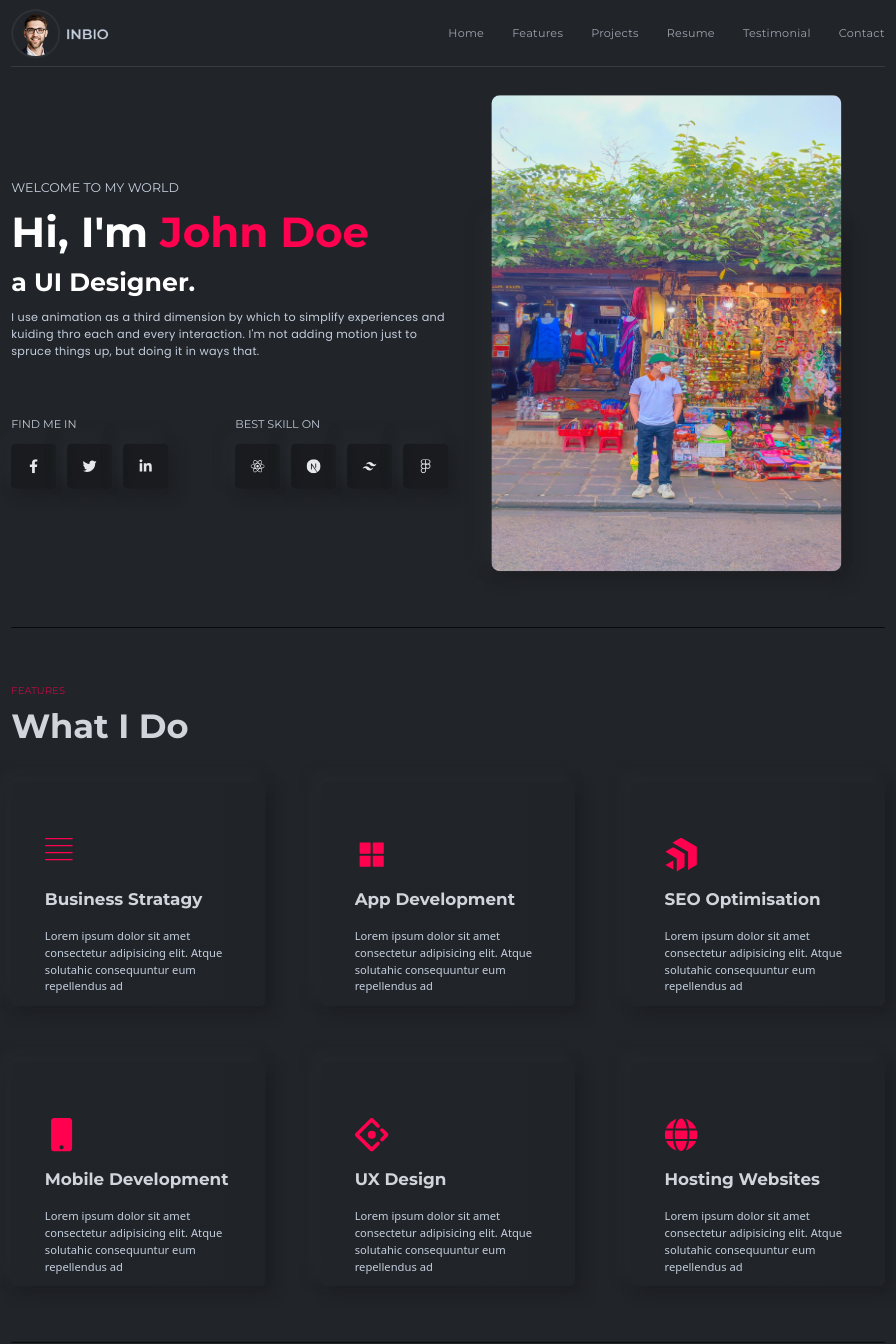
Repository: vophuocthanh/react-profile
Page: /
An editor plug-in stored every save of this project. The page is shown before and after the next save, followed by the edit.
The browser window is 1280 px wide. The pictures show the part of the page from y = 0 to 1920 px (the page is 7251 px tall), at 70% of full size.
The project was rebuilt for these pictures with package versions that can differ from the ones it lists, and the page was loaded fresh each time. Also part of the build but not shown: src/components/resume/Skills.js, src/components/resume/Achievement.js, src/components/resume/Experience.js.

Above is the page before, as saved 2023-05-04 15:37:22.

### src/components/projects/Projects.js
import React from 'react'
import Title from '../layouts/Title'
import { projectOne, projectTwo, projectThree } from "../../assets/index";
import ProjectsCard from './ProjectsCard';

const Projects = () => {
  return (
    <section
      id="projects"
      className="w-full py-20 border-b-[1px] border-b-black"
    >
      <div className="flex justify-center items-center text-center">
        <Title
          title="VISIT MY PORTFOLIO AND KEEP YOUR FEEDBACK"
          des="My Projects"
        />
      </div>
      <div className="grid grid-cols-1 md:grid-cols-2 xl:grid-cols-3 gap-6 xl:gap-14">
        <ProjectsCard
          title="SOCIAL MEDIA CLONE"
          des=" Lorem, ipsum dolor sit amet consectetur adipisicing elit.
              Explicabo quibusdam voluptate sapiente voluptatibus harum quidem!"
          src={projectOne}
        />
        <ProjectsCard
          title="E-commerce Website"
          des=" Lorem, ipsum dolor sit amet consectetur adipisicing elit.
              Explicabo quibusdam voluptate sapiente voluptatibus harum quidem!"
          src={projectTwo}
        />
        <ProjectsCard
          title="Chatting App"
          des=" Lorem, ipsum dolor sit amet consectetur adipisicing elit.
              Explicabo quibusdam voluptate sapiente voluptatibus harum quidem!"
          src={projectThree}
        />
        <ProjectsCard
          title="SOCIAL MEDIA CLONE"
          des=" Lorem, ipsum dolor sit amet consectetur adipisicing elit.
              Explicabo quibusdam voluptate sapiente voluptatibus harum quidem!"
          src={projectThree}
        />
        <ProjectsCard
          title="E-commerce Website"
          des=" Lorem, ipsum dolor sit amet consectetur adipisicing elit.
              Explicabo quibusdam voluptate sapiente voluptatibus harum quidem!"
          src={projectOne}
        />
        <ProjectsCard
          title="Chatting App"
          des=" Lorem, ipsum dolor sit amet consectetur adipisicing elit.
              Explicabo quibusdam voluptate sapiente voluptatibus harum quidem!"
          src={projectTwo}
        />
      </div>
    </section>
  );
}

export default Projects

### src/components/resume/Resume.js
import React, { useState } from "react";
import Title from "../layouts/Title";
import Education from "./Education";
import Skills from "./Skills";
import Achievement from "./Achievement";
import Experience from "./Experience";

const Resume = () => {
  const [educationData, setEducationData] = useState(true);
  const [skillData, setSkillData] = useState(false);
  const [experienceData, setExperienceData] = useState(false);
  const [achievementData, setAchievementData] = useState(false);
  return (
    <section id="resume" className="w-full py-20 border-b-[1px] border-b-black">
      <div className="flex justify-center items-center text-center">
        <Title title="7+ YEARS OF EXPERIENCE" des="My Resume" />
      </div>
      <div>
        <ul className="w-full grid grid-cols-1 md:grid-cols-2 xl:grid-cols-4">
          <li
            onClick={() =>
              setEducationData(true) &
              setSkillData(false) &
              setExperienceData(false) &
              setAchievementData(false)
            }
            className={`${
              educationData
                ? "border-designColor rounded-lg"
                : "border-transparent"
            } resumeLi`}
          >
            Education
          </li>
          <li
            onClick={() =>
              setEducationData(false) &
              setSkillData(true) &
              setExperienceData(false) &
              setAchievementData(false)
            }
            className={`${
              skillData ? "border-designColor rounded-lg" : "border-transparent"
            } resumeLi`}
          >
            Professional Skills
          </li>
          <li
            onClick={() =>
              setEducationData(false) &
              setSkillData(false) &
              setExperienceData(true) &
              setAchievementData(false)
            }
            className={`${
              experienceData
                ? "border-designColor rounded-lg"
                : "border-transparent"
            } resumeLi`}
          >
            Experience
          </li>
          <li
            onClick={() =>
              setEducationData(false) &
              setSkillData(false) &
              setExperienceData(false) &
              setAchievementData(true)
            }
            className={`${
              achievementData
                ? "border-designColor rounded-lg"
                : "border-transparent"
            } resumeLi`}
          >
            Achievements
          </li>
        </ul>
      </div>
      {educationData && <Education />}
      {skillData && <Skills />}
      {achievementData && <Achievement />}
      {experienceData && <Experience />}
    </section>
  );
};

export default Resume;

### src/components/banner/LeftBanner.js
import React from 'react'
import { useTypewriter, Cursor } from "react-simple-typewriter";
import Media from './Media';

const LeftBanner = () => {
    const [text] = useTypewriter({
      words: ["Professional Coder.", "Full Stack Developer.", "UI Designer."],
      loop: true,
      typeSpeed: 20,
      deleteSpeed: 10,
      delaySpeed: 2000,
    });
  return (
    <div className="w-full lgl:w-1/2 flex flex-col gap-20">
      <div className="flex flex-col gap-5">
        <h4 className=" text-lg font-normal">WELCOME TO MY WORLD</h4>
        <h1 className="text-6xl font-bold text-white">
          Hi, I'm <span className="text-designColor capitalize">John doe</span>
        </h1>
        <h2 className="text-4xl font-bold text-white">
          a <span>{text}</span>
          <Cursor
            cursorBlinking="false"
            cursorStyle="|"
            cursorColor="#ff014f"
          />
        </h2>
        <p className="text-base font-bodyFont leading-6 tracking-wide">
          I use animation as a third dimension by which to simplify experiences
          and kuiding thro each and every interaction. I'm not adding motion
          just to spruce things up, but doing it in ways that.
        </p>
      </div>
     {/* Media */}
     <Media />
    </div>
  );
}

export default LeftBanner

### src/components/banner/RightBanner.js
import React from "react";
import { avatar } from "../../assets";
// import { bannerImg } from "../../assets/index";

const RightBanner = () => {
  return (
    <div className="w-full lgl:w-1/2 flex justify-center items-center relative">
      <img
        className="w-[300px] h-[400px] lgl:w-[500px] lgl:h-[680px] z-10 rounded-xl"
        src={avatar}
        alt="bannerImg"
      />
      <div className="absolute bottom-0 w-[350px] h-[300px] lgl:w-[500px] lgl:h-[500px] bg-gradient-to-r from-[#1e2024] to-[#202327] shadow-shadowOne flex justify-center items-center"></div>
    </div>
  );
};

export default RightBanner;

### src/components/contact/ContactLeft.js
import React from 'react'
import { FaFacebookF, FaTwitter, FaLinkedinIn } from "react-icons/fa";
import { contactImg } from "../../assets/index";

const ContactLeft = () => {
  return (
    <div className="w-full lgl:w-[35%] h-full bg-gradient-to-r from-[#1e2024] to-[#23272b] p-4 lgl:p-8 rounded-lg shadow-shadowOne flex flex-col gap-8 justify-center">
      <img
        className="w-full h-64 object-cover rounded-lg mb-2"
        src={contactImg}
        alt="contactImg"
      />
      <div className="flex flex-col gap-4">
        <h3 className="text-3xl font-bold text-white">John Doe</h3>
        <p className="text-lg font-normal text-gray-400">
          MERN Stack Developer
        </p>
        <p className="text-base text-gray-400 tracking-wide">
          Lorem ipsum, dolor sit amet consectetur adipisicing elit. Facilis
          ipsam autem cumque, accusantium dicta odio.
        </p>
        <p className="text-base text-gray-400 flex items-center gap-2">
          Phone: <span className="text-lightText">+968 97859628</span>
        </p>
        <p className="text-base text-gray-400 flex items-center gap-2">
          Email: <span className="text-lightText">noor.jsdivs@gmail.com</span>
        </p>
      </div>
      <div className="flex flex-col gap-4">
        <h2 className="text-base uppercase font-titleFont mb-4">Find me in</h2>
        <div className="flex gap-4">
          <span className="bannerIcon">
            <FaFacebookF />
          </span>
          <span className="bannerIcon">
            <FaTwitter />
          </span>
          <span className="bannerIcon">
            <FaLinkedinIn />
          </span>
        </div>
      </div>
    </div>
  );
}

export default ContactLeft

### src/components/features/Card.js
import React from 'react'
import { HiArrowRight } from "react-icons/hi";

const Card = ({item:{title,des,icon}}) => {
  return (
    <div className="w-full px-12 h-80 py-10 rounded-lg shadow-shadowOne flex items-center bg-gradient-to-r from-bodyColor to-[#202327] group hover:bg-gradient-to-b hover:from-black hover:to-[#1e2024] transition-colors duration-100 group">
      <div className="h-72 overflow-y-hidden">
        <div className="flex h-full flex-col gap-10 translate-y-16 group-hover:translate-y-0 transition-transform duration-500">
          <div className="w-10 h-8 flex flex-col justify-between">

            {icon ? (
              <span className="text-5xl text-designColor">{icon}</span>
            ) : (
              <>
                <span className="w-full h-[2px] rounded-lg bg-designColor inline-flex"></span>
                <span className="w-full h-[2px] rounded-lg bg-designColor inline-flex"></span>
                <span className="w-full h-[2px] rounded-lg bg-designColor inline-flex"></span>
                <span className="w-full h-[2px] rounded-lg bg-designColor inline-flex"></span>
              </>
            )}
          </div>
          <div className="flex flex-col gap-6">
            <h2 className="text-xl md:text-2xl font-titleFont font-bold text-gray-300">
              {title}
            </h2>
            <p className="base">{des}</p>
            <span className="text-2xl text-designColor">
              <HiArrowRight />
            </span>
          </div>
        </div>
      </div>
    </div>
  );
}

export default Card

### src/data/data.js
import { AiFillAppstore } from "react-icons/ai";
import { FaMobile, FaGlobe} from "react-icons/fa";
import { SiProgress, SiAntdesign } from "react-icons/si";

// Features Data
export const featuresData = [
  {
    id: 1,
    title: "Business Stratagy",
    des: "Lorem ipsum dolor sit amet consectetur adipisicing elit. Atque solutahic consequuntur eum repellendus ad",
  },
  {
    id: 2,
    icon: <AiFillAppstore />,
    title: "App Development",
    des: "Lorem ipsum dolor sit amet consectetur adipisicing elit. Atque solutahic consequuntur eum repellendus ad",
  },
  {
    id: 3,
    icon: <SiProgress />,
    title: "SEO Optimisation",
    des: "Lorem ipsum dolor sit amet consectetur adipisicing elit. Atque solutahic consequuntur eum repellendus ad",
  },
  {
    id: 4,
    icon: <FaMobile />,
    title: "Mobile Development",
    des: "Lorem ipsum dolor sit amet consectetur adipisicing elit. Atque solutahic consequuntur eum repellendus ad",
  },
  {
    id: 5,
    icon: <SiAntdesign />,
    title: "UX Design",
    des: "Lorem ipsum dolor sit amet consectetur adipisicing elit. Atque solutahic consequuntur eum repellendus ad",
  },
  {
    id: 6,
    icon: <FaGlobe />,
    title: "Hosting Websites",
    des: "Lorem ipsum dolor sit amet consectetur adipisicing elit. Atque solutahic consequuntur eum repellendus ad",
  },
];

### src/assets/index.js
import logo from "./images/logo.png";
import bannerImg from "./images/bannerImg.png";
import avatar from "./images/avatar.jpg";
import avatar1 from "./images/avatar1.jpg";
import projectOne from "./images/projects/projectOne.jpg";
import projectTwo from "./images/projects/projectTwo.jpg";
import projectThree from "./images/projects/projectThree.jpeg";
import testimonialOne from "./images/testmonial/testimonialOne.png";
import testimonialTwo from "./images/testmonial/testimonialTwo.png";
import quote from "./images/testmonial/quote.png";
import contactImg from "./images/contact/contactImg.png";

export {
  logo,
  avatar,
  avatar1,
  bannerImg,
  projectOne,
  projectTwo,
  projectThree,
  testimonialOne,
  testimonialTwo,
  quote,
  contactImg,
};

### src/components/projects/ProjectsCard.js
import React from 'react'
import { BsGithub } from "react-icons/bs";
import { FaGlobe } from "react-icons/fa";

const ProjectsCard = ({ title, des, src }) => {
  return (
    <div className="w-full p-4 xl:px-12 h-auto xl:py-10 rounded-lg shadow-shadowOne flex flex-col bg-gradient-to-r from-bodyColor to-[#202327] group hover:bg-gradient-to-b hover:from-gray-900 hover:gray-900 transition-colors duration-1000">
      <div className="w-full h-[80%] overflow-hidden rounded-lg">
        <img
          className="w-full h-60 object-cover group-hover:scale-110 duration-300 cursor-pointer"
          src={src}
          alt="src"
        />
      </div>
      <div className="w-full mt-5 flex flex-col  gap-6">
        <div>
          <div className="flex items-center justify-between">
            <h3 className="text-base uppercase text-designColor font-normal">
              {title}
            </h3>
            <div className="flex gap-2">
              <span className="text-lg w-10 h-10 rounded-full bg-black inline-flex justify-center items-center text-gray-400 hover:text-designColor duration-300 cursor-pointer">
                <BsGithub />
              </span>
              <span className="text-lg w-10 h-10 rounded-full bg-black inline-flex justify-center items-center text-gray-400 hover:text-designColor duration-300 cursor-pointer">
                <FaGlobe />
              </span>
            </div>
          </div>
          <p className="text-sm tracking-wide mt-3 hover:text-gray-100 duration-300">
            {des}
          </p>
        </div>
      </div>
    </div>
  );
}

export default ProjectsCard

### src/components/banner/Media.jsx
import React from 'react'
import { FaFacebookF, FaTwitter, FaLinkedinIn, FaReact } from "react-icons/fa";
import { SiTailwindcss, SiFigma, SiNextdotjs } from "react-icons/si";
const Media = () => {
  return (
    <div className="flex flex-col xl:flex-row gap-6 lgl:gap-0 justify-between">
        <div>
          <h2 className="text-base uppercase font-titleFont mb-4">
            Find me in
          </h2>
          <div className="flex gap-4">
            <span className="bannerIcon">
              <FaFacebookF />
            </span>
            <span className="bannerIcon">
              <FaTwitter />
            </span>
            <span className="bannerIcon">
              <FaLinkedinIn />
            </span>
          </div>
        </div>
        <div>
          <h2 className="text-base uppercase font-titleFont mb-4">
            BEST SKILL ON
          </h2>
          <div className="flex gap-4">
            <span className="bannerIcon">
              <FaReact />
            </span>
            <span className="bannerIcon">
              <SiNextdotjs />
            </span>
            <span className="bannerIcon">
              <SiTailwindcss />
            </span>
            <span className="bannerIcon">
              <SiFigma />
            </span>
          </div>
        </div>
      </div>
  )
}

export default Media

### src/components/resume/ResumeCard.js
import React from 'react'

const ResumeCard = ({title,subTitle,result,des}) => {
  return (
    <div className="w-full h-1/3 group flex">
      <div className="w-10 h-[6px] bgOpacity mt-16 relative">
        <span className="absolute w-5 h-5 rounded-full -top-2 -left-3 flex justify-center items-center bg-black bg-opacity-60">
          <span className="w-3 h-3 rounded-full bg-bodyColor inline-flex group-hover:bg-designColor duration-300"></span>
        </span>
      </div>
      <div className="w-full bg-black bg-opacity-20 hover:bg-opacity-30 duration-300  rounded-lg p-4 lgl:px-10 flex flex-col justify-center gap-6 lgl:gap-10 shadow-shadowOne">
        <div className="flex flex-col lgl:flex-row justify-between gap-4 lgl:gap-0 lgl:items-center">
          <div>
            <h3 className="text-xl md:text-2xl font-semibold group-hover:text-white duration-300">
              {title}
            </h3>
            <p className="text-sm mt-2 text-gray-400 group-hover:text-white duration-300">
              {subTitle}
            </p>
          </div>
          <div>
            <p className="px-4 py-2 text-designColor bg-black bg-opacity-25 rounded-lg flex justify-center items-center shadow-shadowOne text-sm font-medium">
              {result}
            </p>
          </div>
        </div>
        <p className="text-sm md:text-base font-medium text-gray-400 group-hover:text-gray-300 duration-300">
          {des}
        </p>
      </div>
    </div>
  );
}

export default ResumeCard

Loaded but not shown: public/index.html (common file); src/index.js (common file); src/index.css (common file); src/App.js (common file); src/components/banner/Banner.js (common file); src/components/features/Features.js (common file); src/components/footer/FooterBottom.js (common file); src/components/layouts/Title.js (common file); src/constants/index.js (common file); tailwind.config.js (common file); src/components/tesimonial/Testimonial.js (258 lines, source omitted); src/components/footer/Footer.js (137 lines, source omitted); src/components/contact/Contact.js (169 lines, source omitted); src/components/navbar/Navbar.js (103 lines, source omitted); src/components/resume/Education.js (71 lines, source omitted)

After the next save:
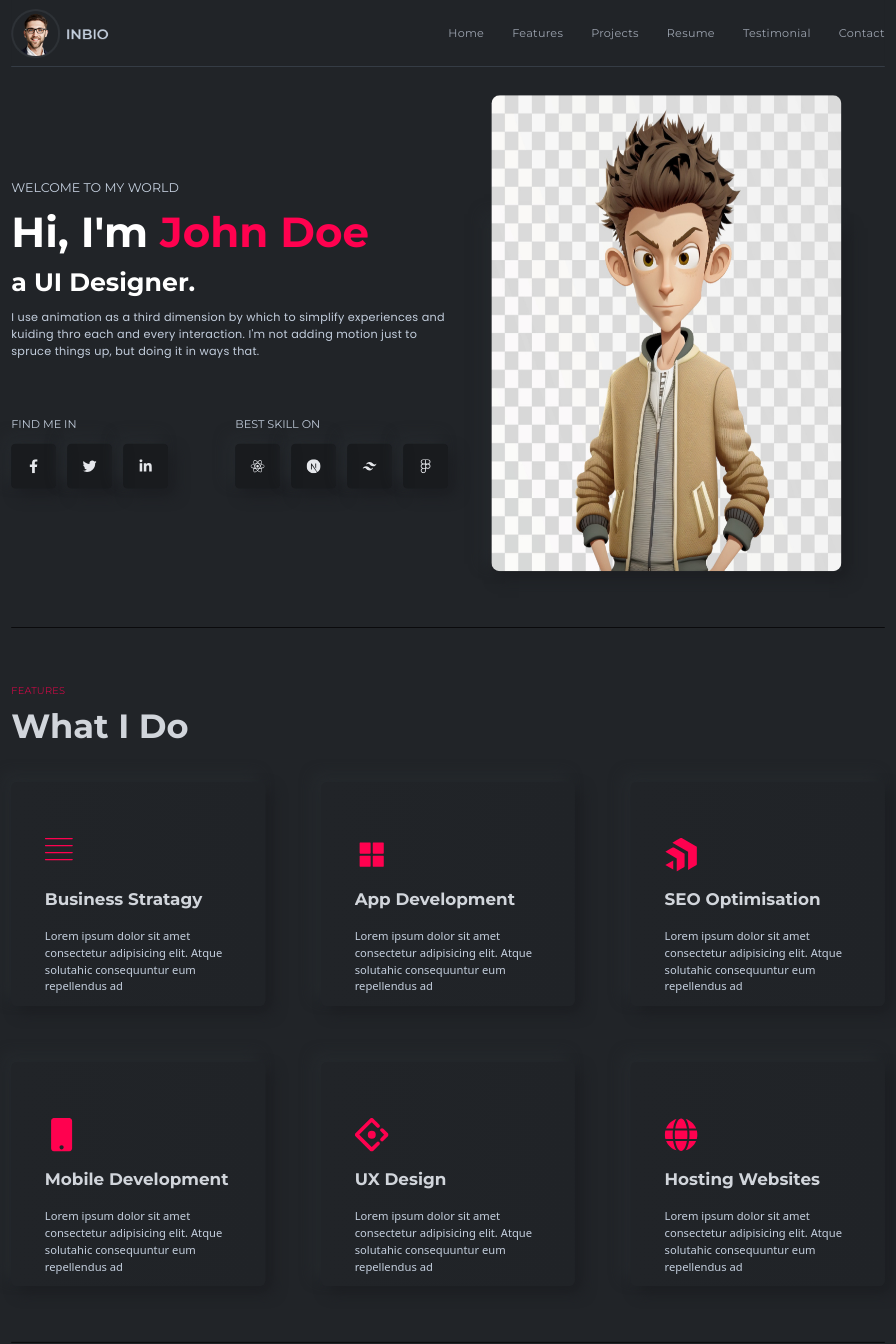
Saved 3 s later.
--- a/src/components/banner/RightBanner.js
+++ b/src/components/banner/RightBanner.js
@@ -1,5 +1,5 @@
 import React from "react";
-import { avatar } from "../../assets";
+import { avatar1 } from "../../assets";
 // import { bannerImg } from "../../assets/index";
 
 const RightBanner = () => {
@@ -7,7 +7,7 @@
     <div className="w-full lgl:w-1/2 flex justify-center items-center relative">
       <img
         className="w-[300px] h-[400px] lgl:w-[500px] lgl:h-[680px] z-10 rounded-xl"
-        src={avatar}
+        src={avatar1}
         alt="bannerImg"
       />
       <div className="absolute bottom-0 w-[350px] h-[300px] lgl:w-[500px] lgl:h-[500px] bg-gradient-to-r from-[#1e2024] to-[#202327] shadow-shadowOne flex justify-center items-center"></div>

After the save that followed:
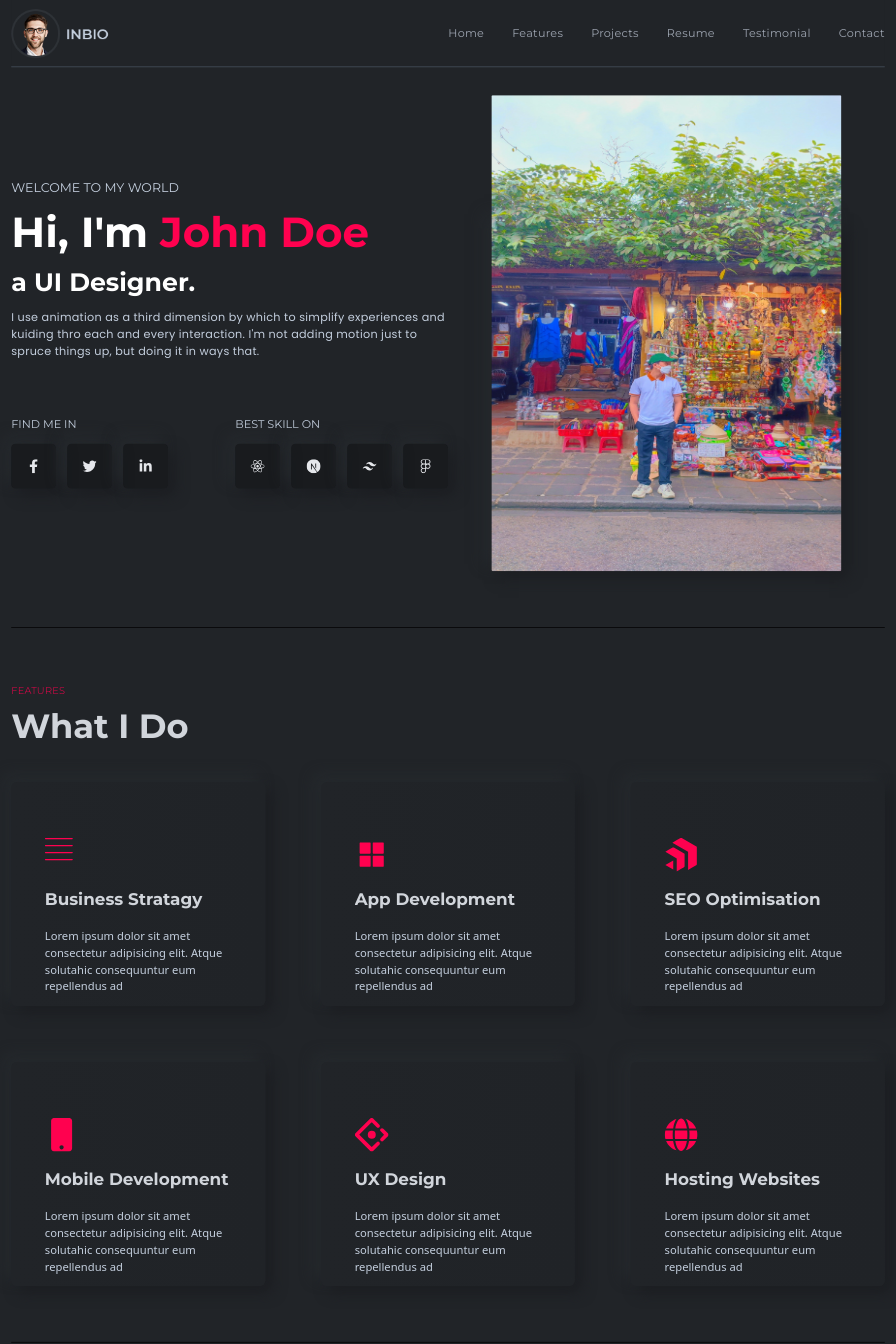
Saved 9 s later.
--- a/src/components/banner/RightBanner.js
+++ b/src/components/banner/RightBanner.js
@@ -1,13 +1,13 @@
 import React from "react";
-import { avatar1 } from "../../assets";
+import { avatar } from "../../assets";
 // import { bannerImg } from "../../assets/index";
 
 const RightBanner = () => {
   return (
     <div className="w-full lgl:w-1/2 flex justify-center items-center relative">
       <img
-        className="w-[300px] h-[400px] lgl:w-[500px] lgl:h-[680px] z-10 rounded-xl"
-        src={avatar1}
+        className="w-[300px] h-[400px] lgl:w-[500px] lgl:h-[680px] z-10 rounded-sm"
+        src={avatar}
         alt="bannerImg"
       />
       <div className="absolute bottom-0 w-[350px] h-[300px] lgl:w-[500px] lgl:h-[500px] bg-gradient-to-r from-[#1e2024] to-[#202327] shadow-shadowOne flex justify-center items-center"></div>
